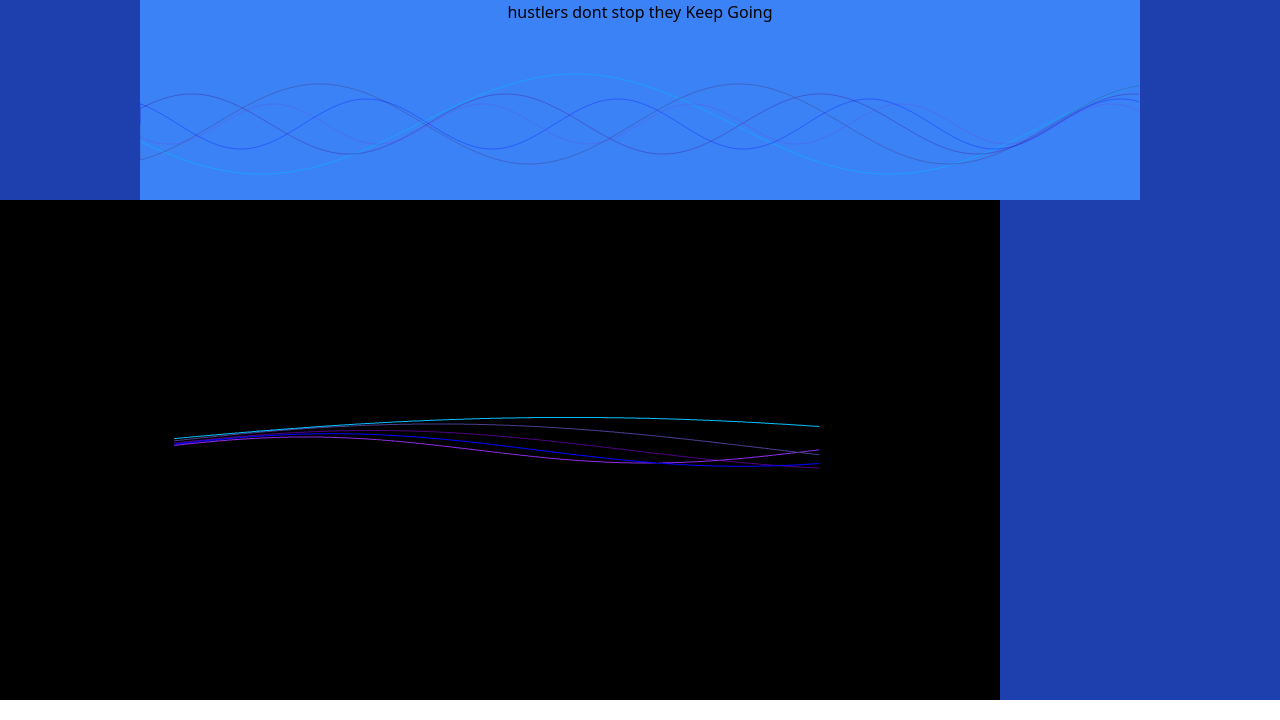
Repository: TMuse333/quantum-experiments
Page: /
An editor plug-in stored every save of this project. The page is shown before and after a run of saves, followed by the edit.
The browser window is 1280 px wide. The pictures show the whole page.
The project was rebuilt for these pictures with package versions that can differ from the ones it lists, and the page was loaded fresh each time. Also part of the build but not shown: vite.config.ts.

Above is the page before, as saved 2024-06-08 18:24:08.

### src/App.tsx
import { useState } from 'react'
import reactLogo from './assets/react.svg'
import viteLogo from '/vite.svg'
import './App.css'
import SineWave from './components/sineWave/sineWave'
import ThreeJSWave from './components/sineWave/threeeJsWave/threeJsWave'

function App() {
  const [count, setCount] = useState(0)

  return (
    <>
    <div className='bg-blue-800 absolute top-0 left-0
    flex items-center flex-col justify-center w-screen'>


     <SineWave/>
     <ThreeJSWave/>
     </div>
    </>
  )
}

export default App

### src/components/sineWave/sineWave.tsx
import React, { useRef, useEffect } from 'react';

const SineWave: React.FC = () => {
  const canvasRef = useRef<HTMLCanvasElement | null>(null);

  useEffect(() => {
    const canvas = canvasRef.current;
    if (!canvas) return;

    const c = canvas.getContext('2d');
    if (!c) return;

    const waves = [
      {
        amplitude: 50,
        frequency: 0.01,
        speed: 0.02,
        xOffset: 0,
        color: 'rgba(0, 191, 255, 0.5)', // Sky Blue
      },
      {
        amplitude: 30,
        frequency: 0.02,
        speed: 0.03,
        xOffset: 0,
        color: 'rgba(75, 0, 130, 0.3)', // Indigo
      },
      {
        amplitude: 20,
        frequency: 0.03,
        speed: 0.04,
        xOffset: 0,
        color: 'rgba(138, 43, 226, 0.2)', // Blue Violet
      },
      {
        amplitude: 40,
        frequency: 0.015,
        speed: 0.025,
        xOffset: 0,
        color: 'rgba(72, 61, 139, 0.4)', // Dark Slate Blue
      },
      {
        amplitude: 25,
        frequency: 0.025,
        speed: 0.035,
        xOffset: 0,
        color: 'rgba(0, 0, 255, 0.3)', // Blue
      },
    ];

    const resizeHandler = () => {
      canvas.width = canvas.parentElement?.clientWidth ?? window.innerWidth;
      canvas.height = canvas.parentElement?.clientHeight ?? window.innerHeight;
    };

    window.addEventListener('resize', resizeHandler);
    resizeHandler();

    const draw = () => {
      c.clearRect(0, 0, canvas.width, canvas.height);
      waves.forEach((wave) => {
        c.beginPath();
        c.moveTo(0, canvas.height / 2);
        for (let x = 0; x < canvas.width; x++) {
          const y = canvas.height / 2 + Math.sin(x * wave.frequency + wave.xOffset) * wave.amplitude;
          c.lineTo(x, y);
        }
        c.strokeStyle = wave.color;
        c.stroke();
        wave.xOffset += wave.speed;
      });
      requestAnimationFrame(draw);
    };

    draw();

    return () => {
      window.removeEventListener('resize', resizeHandler);
    };
  }, []);

  return (
    <div className='w-screen bg-blue-500 relative h-[200px] max-w-[1000px] ml-auto mr-auto'>
        <h1>hustlers dont stop they Keep Going</h1>
      <canvas className='h-full w-full' ref={canvasRef} />
    </div>
  );
};

export default SineWave;

### src/components/sineWave/threeeJsWave/threeJsWave.tsx
import React, { useRef, useEffect } from 'react';
import * as THREE from 'three';

const ThreeJSWave: React.FC = () => {
  const containerRef = useRef<HTMLDivElement | null>(null);
  const frameId = useRef<number | null>(null);

  useEffect(() => {
    const container = containerRef.current;
    if (!container) return;

    const scene = new THREE.Scene();
    const camera = new THREE.PerspectiveCamera(75, container.clientWidth / container.clientHeight, 0.1, 1000);
    const renderer = new THREE.WebGLRenderer({ antialias: true });

    renderer.setSize(container.clientWidth, container.clientHeight);
    container.appendChild(renderer.domElement);

    camera.position.z = 5;

    // Create waves
    const createWaveMesh = (amplitude: number, frequency: number, color: number, segments: number) => {
      const geometry = new THREE.BufferGeometry();
      const positions = new Float32Array(segments * 3);

      for (let i = 0; i < segments; i++) {
        positions[i * 3] = (i / segments) * 10 - 5; // x
        positions[i * 3 + 1] = 0; // y
        positions[i * 3 + 2] = 0; // z
      }

      geometry.setAttribute('position', new THREE.BufferAttribute(positions, 3));

      const material = new THREE.LineBasicMaterial({ color });
      const line = new THREE.Line(geometry, material);

      return { line, amplitude, frequency, offset: 0 };
    };

    const waves = [
      createWaveMesh(0.5, 0.02, 0x00bfff, 100), // Sky Blue
      createWaveMesh(0.3, 0.04, 0x4b0082, 100), // Indigo
      createWaveMesh(0.2, 0.06, 0x8a2be2, 100), // Blue Violet
      createWaveMesh(0.4, 0.03, 0x483d8b, 100), // Dark Slate Blue
      createWaveMesh(0.25, 0.05, 0x0000ff, 100), // Blue
    ];

    waves.forEach(wave => scene.add(wave.line));

    const animate = () => {
      waves.forEach(wave => {
        const positions = wave.line.geometry.attributes.position.array as Float32Array;
        for (let i = 0; i < positions.length / 3; i++) {
          positions[i * 3 + 1] = Math.sin(i * wave.frequency + wave.offset) * wave.amplitude;
        }
        wave.line.geometry.attributes.position.needsUpdate = true;
        wave.offset += 0.02; // Speed
      });

      renderer.render(scene, camera);
      frameId.current = requestAnimationFrame(animate);
    };

    animate();

    const handleResize = () => {
      if (container) {
        camera.aspect = container.clientWidth / container.clientHeight;
        camera.updateProjectionMatrix();
        renderer.setSize(container.clientWidth, container.clientHeight);
      }
    };

    window.addEventListener('resize', handleResize);

    return () => {
      if (frameId.current !== null) {
        cancelAnimationFrame(frameId.current);
      }
      window.removeEventListener('resize', handleResize);
      container.removeChild(renderer.domElement);
    };
  }, []);

  return (
    <div className='w-screen h-[500px] max-w-[1000px] mr-auto bg-black' ref={containerRef}>

    </div>
  );
};

export default ThreeJSWave;

Loaded but not shown: index.html (common file); src/main.tsx (common file); src/index.css (common file); src/App.css (common file); tailwind.config.js (common file)

After the next 6 saves:
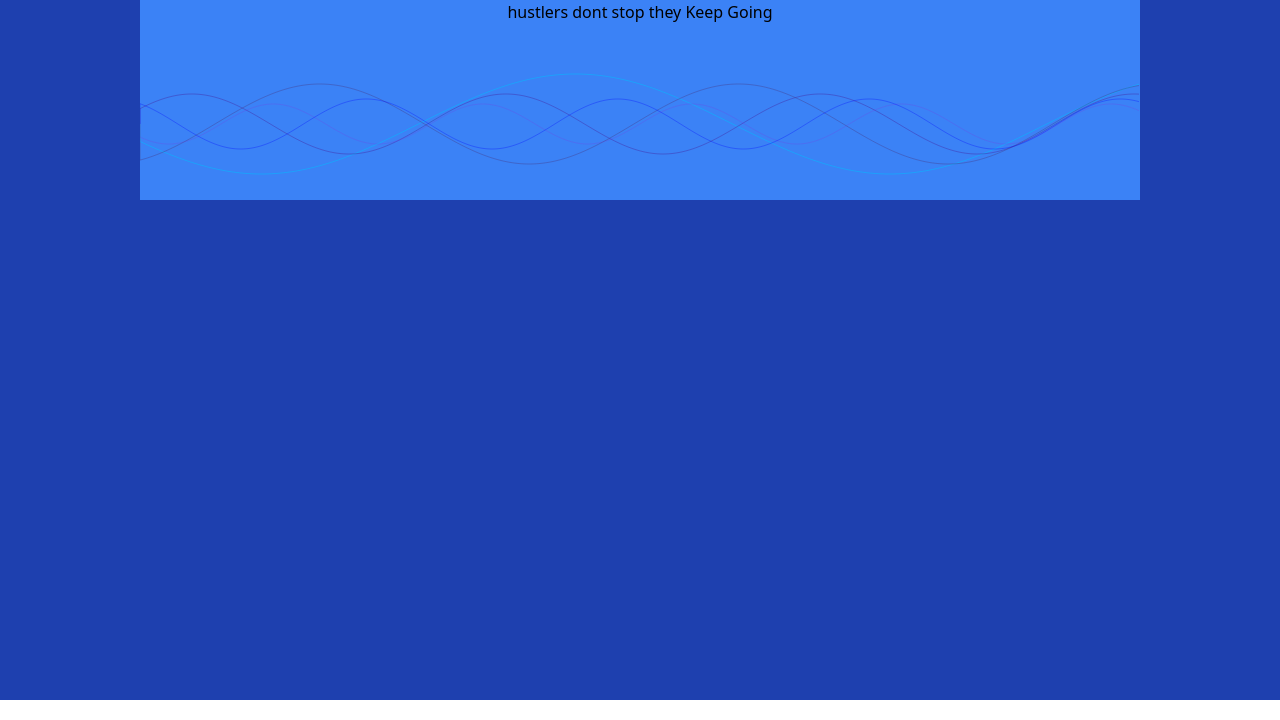
The 6 saves are shown as one change because they came seconds apart.
The last was saved 31 s later.
--- a/src/components/sineWave/threeeJsWave/threeJsWave.tsx
+++ b/src/components/sineWave/threeeJsWave/threeJsWave.tsx
@@ -83,8 +83,12 @@
   }, []);
 
   return (
-    <div className='w-screen h-[500px] max-w-[1000px] mr-auto bg-black' ref={containerRef}>
+    <div>
 
+
+    <div className='w-full h-[500px] max-w-[1000px] mr-auto bg-black' ref={containerRef}>
+
+    </div>
     </div>
   );
 };

After the save that followed:
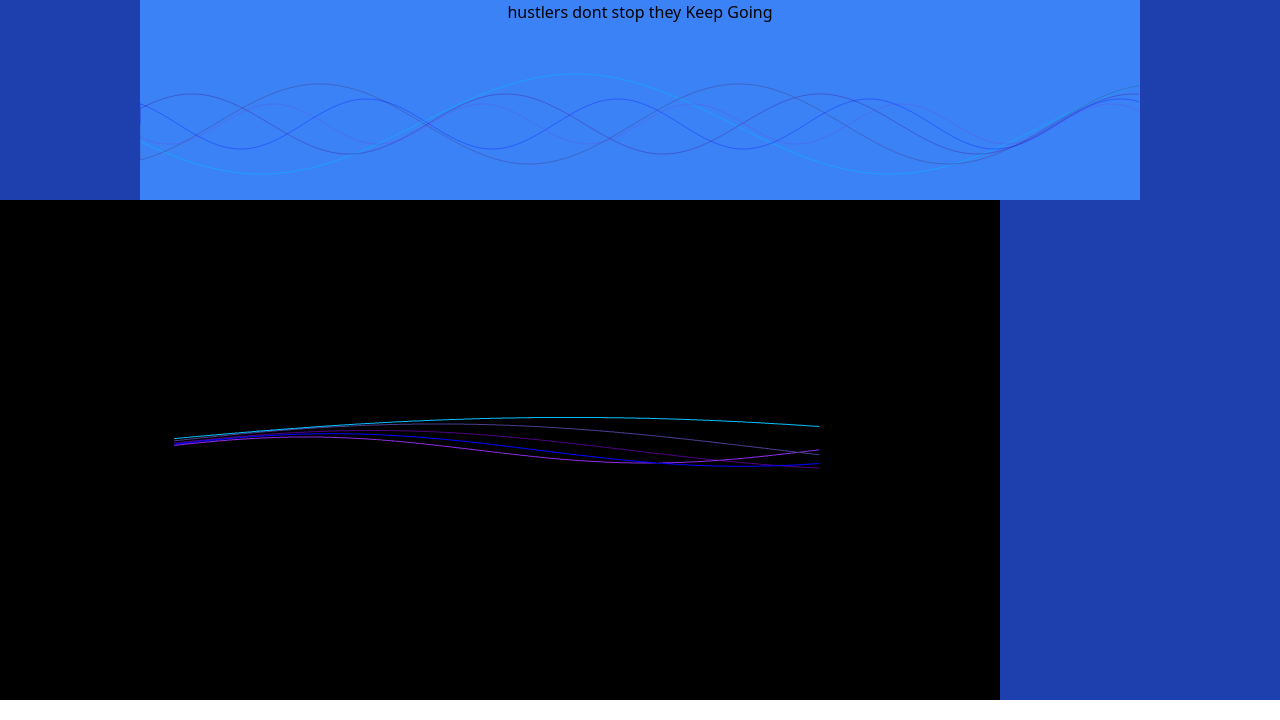
Saved 7 s later.
--- a/src/components/sineWave/threeeJsWave/threeJsWave.tsx
+++ b/src/components/sineWave/threeeJsWave/threeJsWave.tsx
@@ -83,7 +83,7 @@
   }, []);
 
   return (
-    <div>
+    <div className='w-screen'>
 
 
     <div className='w-full h-[500px] max-w-[1000px] mr-auto bg-black' ref={containerRef}>
